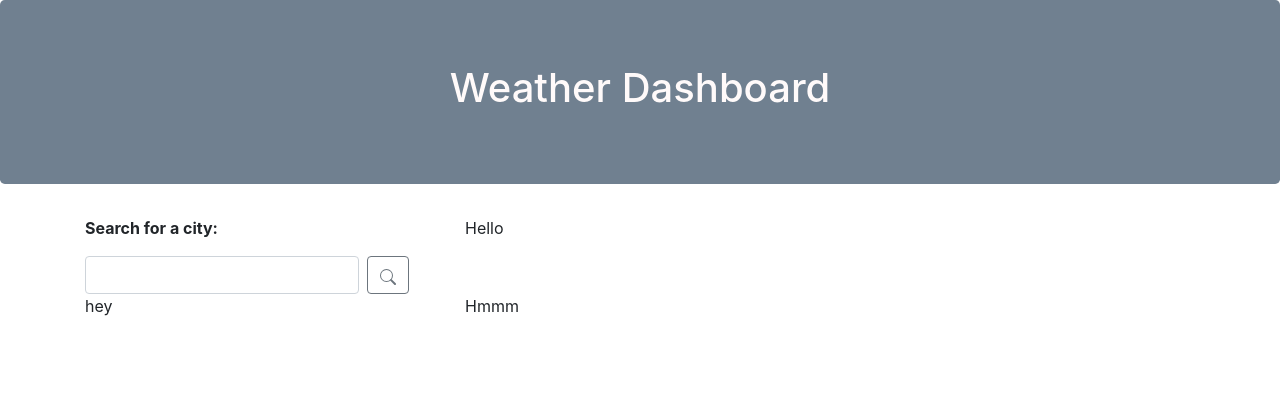
Repository: himaja830/Weather-Dashboard
Page: index.html
These files come from the project's save history. The page is drawn as it stood at one moment and after the next save; the edit follows.
The browser window is 1280 px wide. The pictures show the whole page.

Above is the page before, as saved 2020-06-27 11:15:03.

### index.html
<!DOCTYPE html>
<html lang="en">
<head>
    <meta charset="UTF-8">
    <meta name="viewport" content="width=device-width, initial-scale=1.0">
    <title>Weather Dashboard</title>
    <link rel="stylesheet" href="https://stackpath.bootstrapcdn.com/bootstrap/4.5.0/css/bootstrap.min.css" integrity="sha384-9aIt2nRpC12Uk9gS9baDl411NQApFmC26EwAOH8WgZl5MYYxFfc+NcPb1dKGj7Sk" crossorigin="anonymous">
    <link rel="stylesheet" href="assets/style.css">
</head>
<body>
    <div class="jumbotron">
        <h1>Weather Dashboard</h1>
    </div>
    <div class="container">
        <div class="row row-cols-4">
            <div class="col-4">
                <strong><p>Search for a city:</p></strong>
                <form class="form-inline">
                <input class="form-control mr-sm-2" type="search"  aria-label="Search">
                <button class="btn btn-outline-secondary my-2 my-sm-0" type="submit">
                    <svg width="1em" height="1em" viewBox="0 0 16 16" class="bi bi-search" fill="currentColor" xmlns="http://www.w3.org/2000/svg">
                    <path fill-rule="evenodd" d="M10.442 10.442a1 1 0 0 1 1.415 0l3.85 3.85a1 1 0 0 1-1.414 1.415l-3.85-3.85a1 1 0 0 1 0-1.415z"/>
                    <path fill-rule="evenodd" d="M6.5 12a5.5 5.5 0 1 0 0-11 5.5 5.5 0 0 0 0 11zM13 6.5a6.5 6.5 0 1 1-13 0 6.5 6.5 0 0 1 13 0z"/>
                  </svg>
                </button>
              </form>
            </div>
            <div class="col-6">Hello</div>
            <div class="col-4">hey</div>
            <div class="col-6">Hmmm</div>
        </div>
    </div>
</body>
</html>

### assets/style.css
.jumbotron{
    text-align: center;
    background-color: slategrey;
    color: snow;
}
button,input{
    overflow: hidden;
}

After the next save:
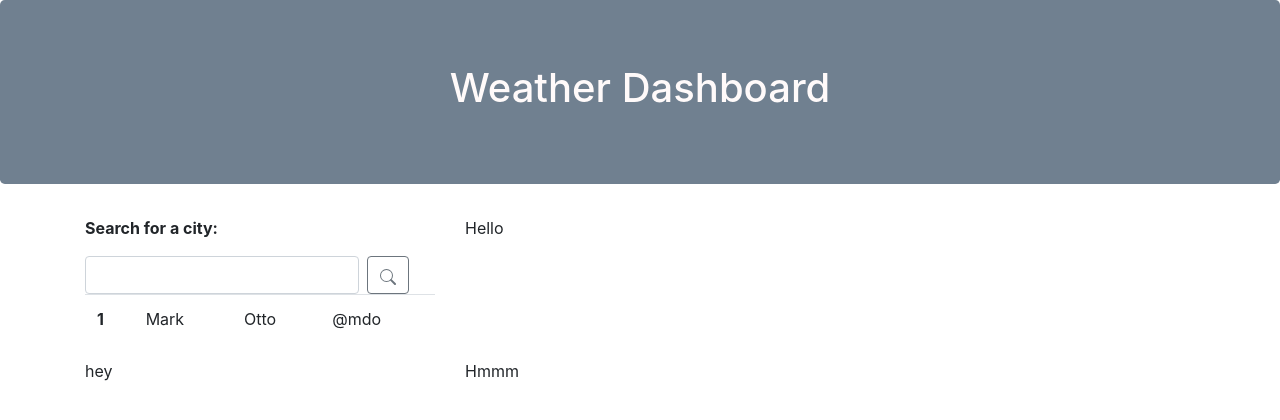
Saved 3 min 48 s later.
--- a/index.html
+++ b/index.html
@@ -24,6 +24,18 @@
                   </svg>
                 </button>
               </form>
+              <div>
+                <table class="table">
+                    <tbody>
+                        <tr>
+                          <th scope="row">1</th>
+                          <td>Mark</td>
+                          <td>Otto</td>
+                          <td>@mdo</td>
+                        </tr>
+                    </tbody>
+                </table>
+              </div>
             </div>
             <div class="col-6">Hello</div>
             <div class="col-4">hey</div>
